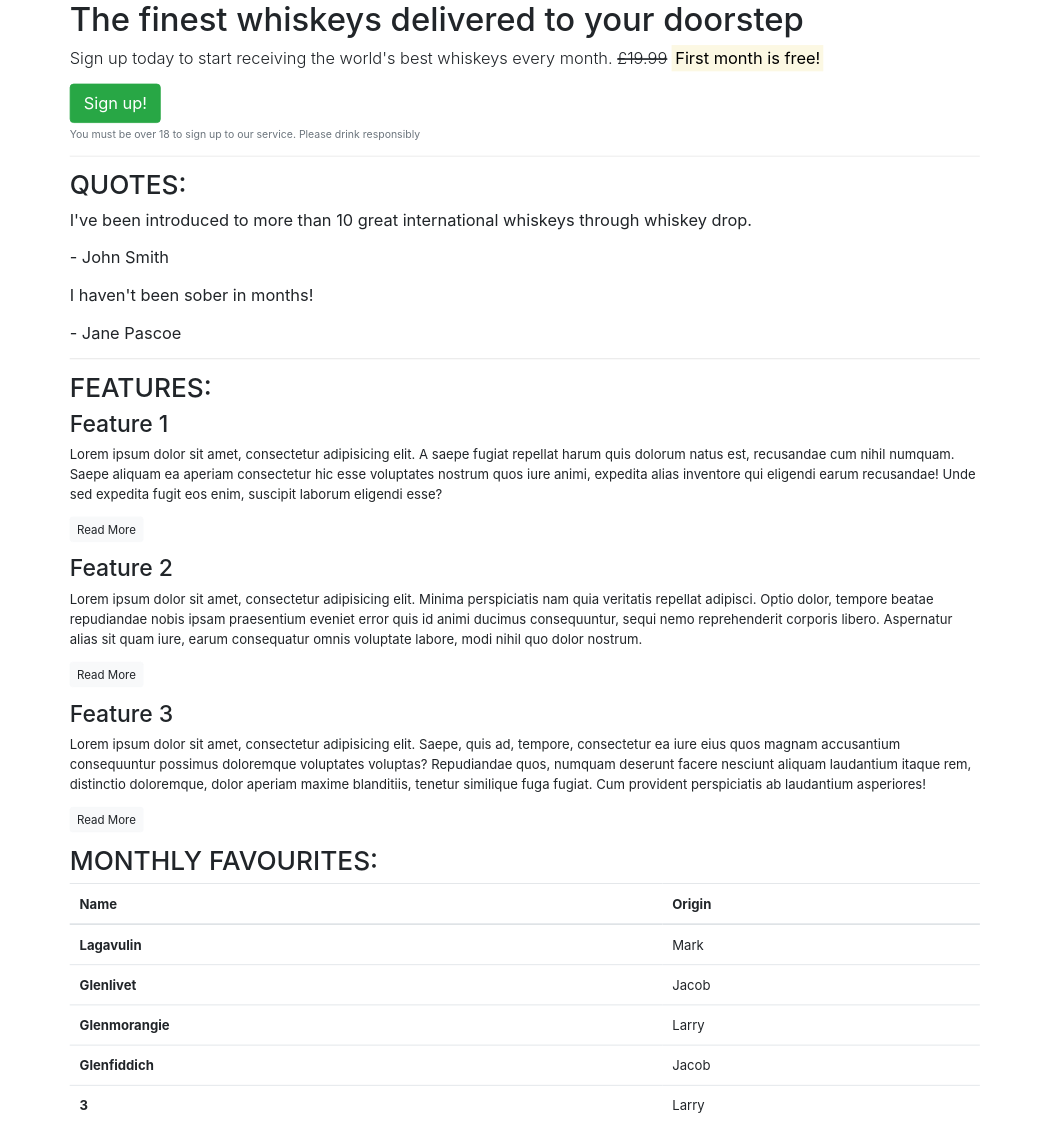
Repository: LouWills/WhiskeyDrop-bootstrap
Page: index.html
The author's editor kept a record of every edit. The page is drawn from the files as they stood at one moment, then again after the next edit.
The browser window is 1280 px wide. The pictures show the whole page, at 82% of full size.

Above is the page before.
Console error: TypeError: Cannot read properties of undefined (reading 'fn')

After the next edit:
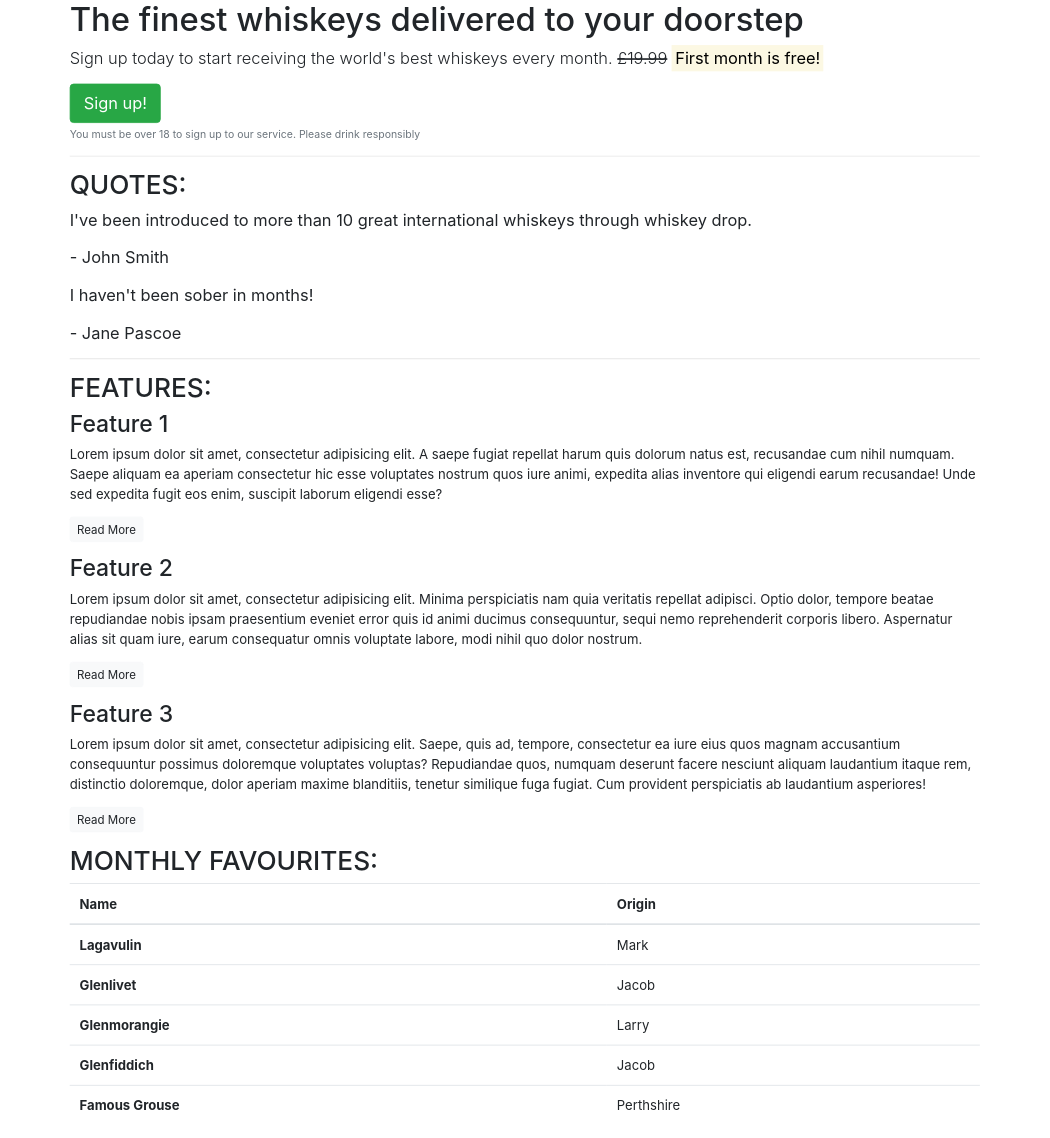
The edit:
--- a/index.html
+++ b/index.html
@@ -87,8 +87,8 @@
                       <td>Jacob</td>
                     </tr>
                     <tr>
-                      <th scope="row">3</th>
-                      <td>Larry</td>
+                      <th scope="row">Famous Grouse</th>
+                      <td>Perthshire</td>
                     </tr>
                 </tbody>
             </table>
